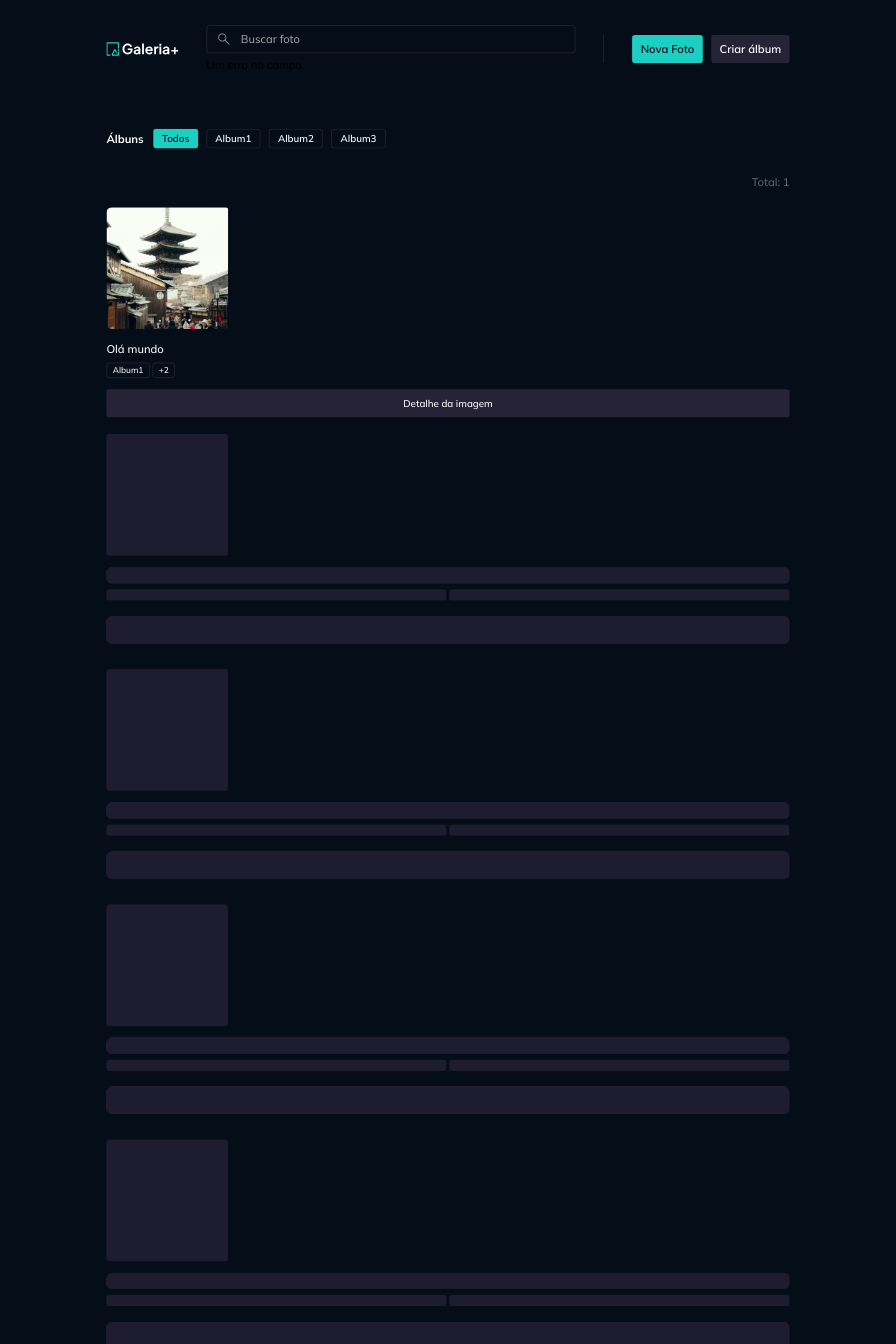
Repository: LuizMXavier/gallery-plus
Page: /
The author's editor kept a copy of each file at every save. The page is drawn from the files as they stood at one save, then again after a run of saves.
The browser window is 1280 px wide. The pictures show the part of the page from y = 0 to 1920 px (the page is 4083 px tall), at 70% of full size.
The project was rebuilt for these pictures with package versions that can differ from the ones it lists, and the page was loaded fresh each time. Also part of the build but not shown: vite.config.ts, src/components/button-icon.tsx, src/components/alert.tsx, src/components/input-checkbox.tsx, src/components/input-single-file.tsx, src/components/card.tsx, src/components/dialog.tsx, src/pages/pages-components.tsx and 1 more.

Above is the page before, as saved 2025-09-23 08:39:48.

### index.html
<!DOCTYPE html>
<html lang="en">
	<head>
		<meta charset="UTF-8" />
		<link rel="icon" type="image/svg+xml" href="/favicon.svg" />

		<meta name="viewport" content="width=device-width, initial-scale=1.0" />

		<link rel="preconnect" href="https://fonts.googleapis.com" />
		<link rel="preconnect" href="https://fonts.gstatic.com" crossorigin />
		<link
			href="https://fonts.googleapis.com/css2?family=Mulish:ital,wght@0,200..1000;1,200..1000&display=swap"
			rel="stylesheet"
		/>

		<title>Galeria+</title>
	</head>
	<body class="bg-background-primary">
		<div id="root"></div>
		<script type="module" src="/src/main.tsx"></script>
	</body>
</html>

### src/main.tsx
import "./index.css";

import {StrictMode} from "react";
import {createRoot} from "react-dom/client";
import App from "./App.tsx";

createRoot(document.getElementById("root")!).render(
	<StrictMode>
		<App />
	</StrictMode>
);

### src/index.css
@import "tailwindcss";
@import "tw-animate-css";

@theme {
	--color-*: initial;
	--color-white: #ffffff;
	--color-black: #000000;
	--color-background-primary: #040d18;
	--color-background-secondary: #262337;
	--color-background-tertiary: #3c3857;
	--color-border-primary: #2c2c35;
	--color-border-active: #4c4c5d;
	--color-accent-brand: #1ccfc3;
	--color-accent-brand-light: #66eae1;
	--color-accent-red: #f54a26;
	--color-heading: #fafcff;
	--color-accent-paragraph: #f1f7ff;
	--color-accent-span: #5c636c;
	--color-placeholder: #a9a9a9;
	--color-label: #ffffff;
	--color-label-inverse: #040d18;

	--font-sans: "Mulish", sans-serif;
}

### src/App.tsx
import {BrowserRouter, Route, Routes} from "react-router";
import PageComponents from "./pages/pages-components";
import LayoutMain from "./pages/layout-main";
import PageHome from "./pages/page-home";
import PagePhotoDetails from "./pages/page-photo-details";

export default function App() {
	return (
		<BrowserRouter>
			<Routes>
				<Route element={<LayoutMain/>}>
					<Route index element={<PageHome/>}/>
					<Route path="/fotos/:id" element={<PagePhotoDetails/>}/>
					<Route path="/componentes" element={<PageComponents/>}/>
				</Route>

			</Routes>
		</BrowserRouter>
	)
}

### src/pages/layout-main.tsx
import { Outlet } from "react-router";
import MainHeader from "../components/main-header";
import MainContent from "../components/main-content";

export default function LayoutMain() {
  return (
    <>
      <MainHeader className="mt-9" />
      <MainContent>
        <Outlet />
      </MainContent>
    </>
  );
}

### src/pages/page-home.tsx
import Container from "../components/container";
import AlbumsFilter from "../contexts/albums/components/albums-filter";
import PhotoList from "../contexts/photos/components/photos-list";

export default function PageHome() {
  return (
    <Container>
      <AlbumsFilter
        albums={[
          { id: "3421", title: "Album1" },
          { id: "123", title: "Album2" },
          { id: "456", title: "Album3" },
        ]}
        className="mb-9"
      />
      <div>
        <PhotoList
          photos={[
            {
              id: "123",
              title: "Olá mundo",
              imageId: "portrait-tower.png",
              albums: [
                { id: "3421", title: "Album1" },
                { id: "123", title: "Album2" },
                { id: "456", title: "Album3" },
              ],
            },
          ]}
        />
      </div>
    </Container>
  );
}

### src/components/button.tsx
import React from "react";
import Icon from "./icon";
import Text from "./text";
import {tv, type VariantProps} from "tailwind-variants";
import SpinnerIcon from "../assets/icons/spinner.svg?react";
import cx from "classnames";

export const buttonVariants = tv({
	base: "flex items-center justify-center cursor-pointer transition rounded group gap-1",
	variants: {
		variant: {
			primary: "bg-accent-brand hover:bg-accent-brand-light",
			secondary: "bg-background-secondary hover:bg-background-tertiary",
			destructive: "bg-background-secondary hover:bg-background-tertiary",
			ghost: `
					bg-transparent border border-solid border-border-primary
				text-accent-paragraph hover:border-background-secondary
				`,
		},
		size: {
			sm: "h-7 py-1 px-3",
			md: "h-10 py-2 pl-3 pr-3",
		},
		disabled: {
			true: "opacity-50 pointer-events-none",
		},
		handling: {
			true: "pointer-events-none",
		},
	},
	defaultVariants: {
		variant: "primary",
		size: "md",
		disabled: false,
		handling: false,
	},
});

export const buttonTextVariants = tv({
	variants: {
		variant: {
			primary: "text-label-inverse",
			secondary: "text-label",
			destructive: "text-accent-red",
			ghost: "text-accent-paragraph",
		},
		size: {
			sm: "text-sm",
			md: "text-base",
		},
	},
	defaultVariants: {
		variant: "primary",
		size: "md",
	},
});

export const buttonIconVariants = tv({
	variants: {
		variant: {
			primary: "fill-label-inverse",
			secondary: "fill-label",
			destructive: "fill-accent-red",
			ghost: "fill-accent-paragraph",
		},
		size: {
			sm: "w-4 h-4",
			md: "w-6 h-6",
		},
		handling: {
			true: "w-4 h-4",
		},
	},
	defaultVariants: {
		variant: "primary",
		size: "md",
	},
});

interface ButtonProps
	extends Omit<React.ComponentProps<"button">, "size" | "disabled">,
		VariantProps<typeof buttonVariants> {
	icon?: React.ComponentProps<typeof Icon>["svg"];
	handling?: boolean;
}

export default function Button({
	variant,
	size,
	disabled,
	className,
	children,
	handling,
	icon,
	type = "button",
	...props
}: ButtonProps) {
	return (
		<button
			type={type}
			className={buttonVariants({
				variant,
				size,
				disabled,
				handling,
				className: cx(
					{
						"pr-1": icon,
					},
					className
				),
			})}
			disabled={disabled as boolean}
			{...props}
		>
			<Text
				variant="label-medium"
				className={buttonTextVariants({variant, size})}
			>
				{children}
			</Text>
			{(icon || handling) && (
				<Icon
					svg={handling ? SpinnerIcon : icon!}
					animate={handling}
					className={buttonIconVariants({variant, size, handling})}
				/>
			)}
		</button>
	);
}

### src/components/badge.tsx
import React from "react";
import Text from "./text";
import {tv, type VariantProps} from "tailwind-variants";
import cx from "classnames";
import Skeleton from "./skeleton";

export const badgeVariants = tv({
	base: "inline-flex items-center justify-center rounded",
	variants: {
		variant: {
			none: "",
			ghost:
				"bg-transparent border border-solid border-border-primary text-accent-paragraph",
		},
		size: {
			xs: "py-0.5 px-2",
			sm: "py-1 px-3",
		},
	},
	defaultVariants: {
		variant: "ghost",
		size: "sm",
	},
});

export const badgeTextVariants = tv({
	base: "text-xs",
	variants: {
		size: {
			xs: "text-xs",
			sm: "text-sm",
		},
	},
});

export const badgeSkeletonVariants = tv({
	variants: {
		size: {
			xs: "w-12 h-[1.375rem]",
			sm: "w-16 h-[1.875rem]",
		},
	},
	defaultVariants: {
		size: "sm",
	},
});

interface BadgeProps
	extends React.ComponentProps<"div">,
		VariantProps<typeof badgeVariants> {
	loading?: boolean;
}

export default function Badge({
	variant,
	size,
	className,
	children,
	loading,
	...props
}: BadgeProps) {
	if (loading) {
		return (
			<Skeleton
				rounded="full"
				className={cx(
					badgeVariants({variant: "none"}),
					badgeSkeletonVariants({size}),
					className
				)}
			/>
		);
	}

	return (
		<div className={badgeVariants({variant, size, className})} {...props}>
			<Text className={badgeTextVariants({size})}>{children}</Text>
		</div>
	);
}

### src/components/text.tsx
import React from "react";
import {tv, type VariantProps} from "tailwind-variants";

export const textVariants = tv({
	base: "font-sans text-white",
	variants: {
		variant: {
			"heading-large": "text-2xl leading-[130%] font-bold",
			"heading-medium": "text-xl leading-[130%] font-bold",
			"heading-small": "text-base leading-[130%] font-bold",
			"paragraph-large": "text-base leading-[150%] font-medium",
			"paragraph-medium": "text-sm leading-[150%] font-medium",
			"paragraph-small": "text-xs leading-[150%] font-medium",
			"label-medium": "text-base leading-[150%] font-semibold",
			"label-small": "text-xs leading-[150%] font-semibold",
		},
	},
	defaultVariants: {
		variant: "paragraph-medium",
	},
});

interface TextProps extends VariantProps<typeof textVariants> {
	as?: keyof React.JSX.IntrinsicElements;
	className?: string;
	children?: React.ReactNode;
}

export default function Text({
	as = "span",
	variant,
	className,
	children,
	...props
}: TextProps) {
	return React.createElement(
		as,
		{
			className: textVariants({variant, className}),
			...props,
		},
		children
	);
}

### src/components/divider.tsx
import {tv, type VariantProps} from "tailwind-variants";

export const dividerVariants = tv({
	base: "w-full h-px ",
	variants: {
		variant: {
			default: "bg-border-primary",
		},
		orientation: {
			horizontal: "w-full h-px",
			vertical: "w-px h-full",
		},
	},
	defaultVariants: {
		variant: "default",
	},
});

interface DividerProps
	extends React.ComponentProps<"div">,
		VariantProps<typeof dividerVariants> {
	orientation?: "horizontal" | "vertical";
}

export default function Divider({
	className,
	orientation = "horizontal",
	...props
}: DividerProps) {
	return (
		<div className={dividerVariants({className, orientation})} {...props} />
	);
}

### src/components/input-text.tsx
import { tv, type VariantProps } from "tailwind-variants";
import Icon from "./icon";
import Text from "./text";
import { serialize } from "v8";

export const inputTextContainerVariants = tv({
    base: "flex flex-col gap-1"
})

export const inputTextWrapperVariants = tv({
    base:`
        border border-solid border-border-primary
        focus:border-border-active bg-transparent
        rounded flex items-center gap-3
    `,
    variants: {
        size: {
            md:"h-10 p-3"
        },
        disabled: {
            true:"pointer-events-none"
        }
    },
    defaultVariants: {
        size:"md",
        disabled: false
    }
});

export const inputTextVariants = tv({
    base: `
        bg-transparent outiline-none placeholder:text-placeholder
        text-accent-paragraph flex-1
    `
})

export const inputTextIconVariants = tv({
    base:"fill-placeholder",
    variants: {
        size: {
            md:"w-6 h-6"
        }
    },
    defaultVariants: {
        size:"md"
    }
})

interface InputTextProps
    extends VariantProps<typeof inputTextWrapperVariants>,
    Omit<React.ComponentProps<"input">,"size" | "disabled"> {
        icon?: React.ComponentProps<typeof Icon>['svg'],
        error?: React.ReactNode;
    }

export default function InputText({
    size,
    disabled,
    className,
    icon,
    error,
    ...props
}: InputTextProps) {
    return (
        <div className={inputTextContainerVariants(className)}>
            <div className={inputTextWrapperVariants({size, disabled})}>
                {icon && <Icon svg={icon} className={inputTextIconVariants({size})}/>}
                <input className={inputTextVariants()} disabled={disabled as boolean} {...props}/>
            </div>Um erro no campo
            {error && (
                <Text variant="label-small" className="text-accent-red">
                {error}
            </Text>
            )}
        </div>
    )
}

### src/components/image-preview.tsx
import { tv } from "tailwind-variants";
import React from "react";

export const imageFilePreviewVariants = tv({
    base:`
        rounded-lg overflow-hidden
    `
});

export const imageFilePreviewImageVariants = tv ({
    base: `w-full h-full object-cover `
})

interface ImageFilePreviewProps extends React.ComponentProps<"img"> {
    imageClassName?: string;
}

export default function ImageFilePreview({
    className,
    imageClassName,
    ...props
}: ImageFilePreviewProps) {
    return (
        <div className={imageFilePreviewVariants({className})}>
            <img className={imageFilePreviewImageVariants({className: imageClassName})} {...props} />
        </div>
    )
}

### src/components/main-header.tsx
import { Link } from "react-router";
import Container from "./container";
import Logo from "../assets/images/galeria-plus-full-logo.svg?react";
import cx from 'classnames';
import Button from "./button";
import PhotosSearch from "./photos-search";
import Divider from "./divider";


interface MainHeaderProps extends React.ComponentProps<typeof Container>{}

export default function MainHeader({className, ...props}: MainHeaderProps) {
    return (
        <Container
            as="header"
            className={cx("flex justify-between items-center gap-10", className)} {...props}
        >
            <Link to="/">
                <Logo className="h-5"/>
            </Link>

            <PhotosSearch/>
            <Divider orientation="vertical" className="h-10"/>

            <div className="flex items-center gap-3">
                <Button>Nova Foto</Button>
                <Button variant="secondary">Criar álbum</Button>
            </div>

        </Container>
    );
}

### src/components/main-content.tsx
import cx from "classnames";

interface MainContentProps extends React.ComponentProps<"main">{}

export default function MainContent({
    children,
    className,
    ...props
}: MainContentProps) {
    return (
        <main className={cx("mt-20 pb-20", className)} {...props}>
            {children}
        </main>
    )
}

### src/components/container.tsx
import {type VariantProps, tv} from "tailwind-variants";
import React from "react";

export const containerVariants = tv({
	base: "mx-auto",
	variants: {
		size: {
			md: "max-w-[62rem] px-2",
		},
	},
	defaultVariants: {
		size: "md",
	},
});

interface ContainerProps
	extends VariantProps<typeof containerVariants>,
		React.ComponentProps<"div"> {
	as?: keyof React.JSX.IntrinsicElements;
}

export default function Container({
	as = "div",
	children,
	className,
	...props
}: ContainerProps) {
	return React.createElement(
		as,
		{
			className: containerVariants({size: "md", className}),
			...props,
		},
		children
	);
}

### src/contexts/albums/components/albums-filter.tsx
import Button from "../../../components/button";
import Skeleton from "../../../components/skeleton";
import Text from "../../../components/text";
import type { Album } from "../models/album";
import cx from "classnames";

interface AlbumsFilterProps extends React.ComponentProps<"div"> {
  albums: Album[];
  loading?: boolean;
}

export default function AlbumsFilter({
  albums,
  loading,
  className,
  ...props
}: AlbumsFilterProps) {
  return (
    <div
      className={cx("flex items-center gap-3.5 overflow-x-auto", className)}
      {...props}
    >
      <Text variant="heading-small">Álbuns</Text>
      <div className="flex gap-3">
        {!loading ? (
            <>
                 <Button variant="primary" size="sm" className="cursor-pointer">
                    Todos
                </Button>
                { albums.map((album) => (
            <Button
              key={album.id}
              variant="ghost"
              size="sm"
              className="cursor-pointer"
            >
              {album.title}
            </Button>
          ))}
            </>
        ): (
            Array.from({length: 5}).map((_,index) =>
            <Skeleton className="w-28 h-7" key={`album-button-loading-${index}`}/>
            )
        )}

      </div>
    </div>
  );
}

### src/contexts/photos/components/photos-list.tsx
import type { Photo } from "../models/photo";
import PhotoWidget from "./photo-widget";
import Text from "../../../components/text";
import Skeleton from "../../../components/skeleton";

interface PhotosListProps {
  photos: Photo[];
  loading?: boolean;
}

export default function PhotoList({ photos, loading }: PhotosListProps) {
  return (
    <div className="space-y-6">
        <Text
            as="div"
            variant="paragraph-large"
            className="flex items-center justify-end gap-1 text-accent-span"
        >
            Total:{" "}
            {!loading ? (
                <div>{photos.length}</div>
            ): (
                <Skeleton className="w-6 h-6"/>
            )}

        </Text>
      {!loading && photos?.length > 0 && (
        <div className="grid grid-colds-5 gap-9">
          {photos.map((photo) => (
            <PhotoWidget photo={photo} key={photo.id} />
          ))}
        </div>
      )}
      {!loading && (
        <div className="grid grid-colds-5 gap-9">
          {Array.from({ length: 10 }).map((_, index) => (
            <PhotoWidget
              key={`photo-loading-${index}`}
              photo={{} as Photo}
              loading
            />
          ))}
          ;
        </div>
      )}

      {!loading && photos.length === 0 && (
        <div className="flex justify-center items-center h-full">
          <Text variant="paragraph-large">Nenhuma foto encontrada</Text>
        </div>
      )}
    </div>
  );
}

### src/components/icon.tsx
import React from "react";
import {tv, type VariantProps} from "tailwind-variants";

export const iconVariants = tv({
	variants: {
		animate: {
			false: "",
			true: "animate-spin",
		},
	},
	defaultVariants: {
		animate: false,
	},
});

interface IconProps
	extends React.ComponentProps<"svg">,
		VariantProps<typeof iconVariants> {
	svg: React.FC<React.ComponentProps<"svg">>;
}

export default function Icon({
	svg: SvgComponent,
	animate,
	className,
	...props
}: IconProps) {
	return (
		<SvgComponent className={iconVariants({animate, className})} {...props} />
	);
}

### src/components/skeleton.tsx
import {tv, type VariantProps} from "tailwind-variants";
import React from "react";

export const skeletonVariants = tv({
	base: "animate-pulse bg-background-secondary pointer-events-none",
	variants: {
		rounded: {
			sm: "rounded-sm",
			lg: "rounded-lg",
			full: "rounded-full",
		},
	},
	defaultVariants: {
		rounded: "lg",
	},
});

interface SkeletonProps
	extends VariantProps<typeof skeletonVariants>,
		React.ComponentProps<"div"> {}

export default function Skeleton({
	rounded,
	className,
	...props
}: SkeletonProps) {
	return <div className={skeletonVariants({rounded, className})} {...props} />;
}

### src/components/photos-search.tsx
import InputText from "./input-text";
import SearchIcon from "../assets/icons/search.svg?react";
import React from "react";
import { debounce } from "../helpers/utils";

export default function PhotosSearch() {
    const [inputValue, setInputValue] = React.useState("");

    const debouncedSetValue = React.useCallback(
        debounce((value: string) => {
            console.log("Valor com debounce", value);
        },200),[]
    )

    function handleInputChange(e: React.ChangeEvent<HTMLInputElement>) {
        const value = e.target.value;


        setInputValue(value);
        debouncedSetValue(value);
    }
  return (
    <div className="relative flex-grow">
      <InputText icon={SearchIcon} placeholder="Buscar foto" value={inputValue} onChange={handleInputChange} />
    </div>
  );
}

### src/contexts/photos/components/photo-widget.tsx
import ImageFilePreview from "../../../components/image-preview";
import type { Photo } from "../models/photo";
import Skeleton from "../../../components/skeleton";
import Text from "../../../components/text";
import Badge from "../../../components/badge";
import { Link } from "react-router";
import { buttonTextVariants, buttonVariants } from "../../../components/button";
interface PhotoWidgetProps {
    photo: Photo;
    loading?: boolean;
}

export default function PhotoWidget({photo, loading}: PhotoWidgetProps) {
    return (
        <div className="flex flex-col gap-4">
            {!loading ? (
                <ImageFilePreview
                    src={`/images/${photo.imageId}`}
                    title={photo.title}
                    imageClassName="w-[10.8725rem] h-[10.8725rem] rounded lg"/>

            ): (
                <Skeleton className="w-[10.8725rem] h-[10.8725rem] rounded lg"/>
            )}

            <div className="flex flex-col gap-2">
                {!loading ? (
                    <Text variant="paragraph-large" className="truncate">
                        {photo.title}
                    </Text>
                ): (
                    <Skeleton className="w-full h-6"/>
                )}

                <div className="flex gap-1 min-h-[1.375rem]">
                    {!loading ? (
                        <>
                            {photo.albums.slice(0,1).map(album => (
                                <Badge className="truncate" size="xs" key={album.id}>
                                    {album.title}
                                </Badge>
                            ))}
                            {photo.albums.length > 1 && <Badge size="xs">
                                +{photo.albums.length - 1}
                                </Badge>}
                        </>
                    ): (
                        Array.from({length: 2}).map((_,index) => (
                            <Skeleton
                            key={`album-loading-${index}`}
                            className="w-full h-4 rounded-sm"
                            />
                        ))
                    )}

                </div>
            </div>
            {!loading ? (
                <Link
                  to={`/fotos/${photo.id}`}
                  className={buttonVariants({
                    variant:"secondary",
                    className:"px-2 py-2",
                  })}
                >
                    <Text className={buttonTextVariants({variant:"secondary",size:"sm"})}>
                        Detalhe da imagem
                    </Text>
                </Link>
            ): (
                <Skeleton className="w-full h-10"/>
            )}
        </div>
    )
}

### src/helpers/utils.ts

export function debounce<T extends (...args: any[]) => any>(
    func: T,
    wait: number
) {
    let timeout: ReturnType<typeof setTimeout> | null = null;

    return function (...args: Parameters<T>): void {
        const later = () => {
            timeout = null;
            func(...args);
        };

        if(timeout !== null) {
            clearTimeout(timeout);
        }

        timeout = setTimeout(later, wait);
    }
}

After the next 7 saves:
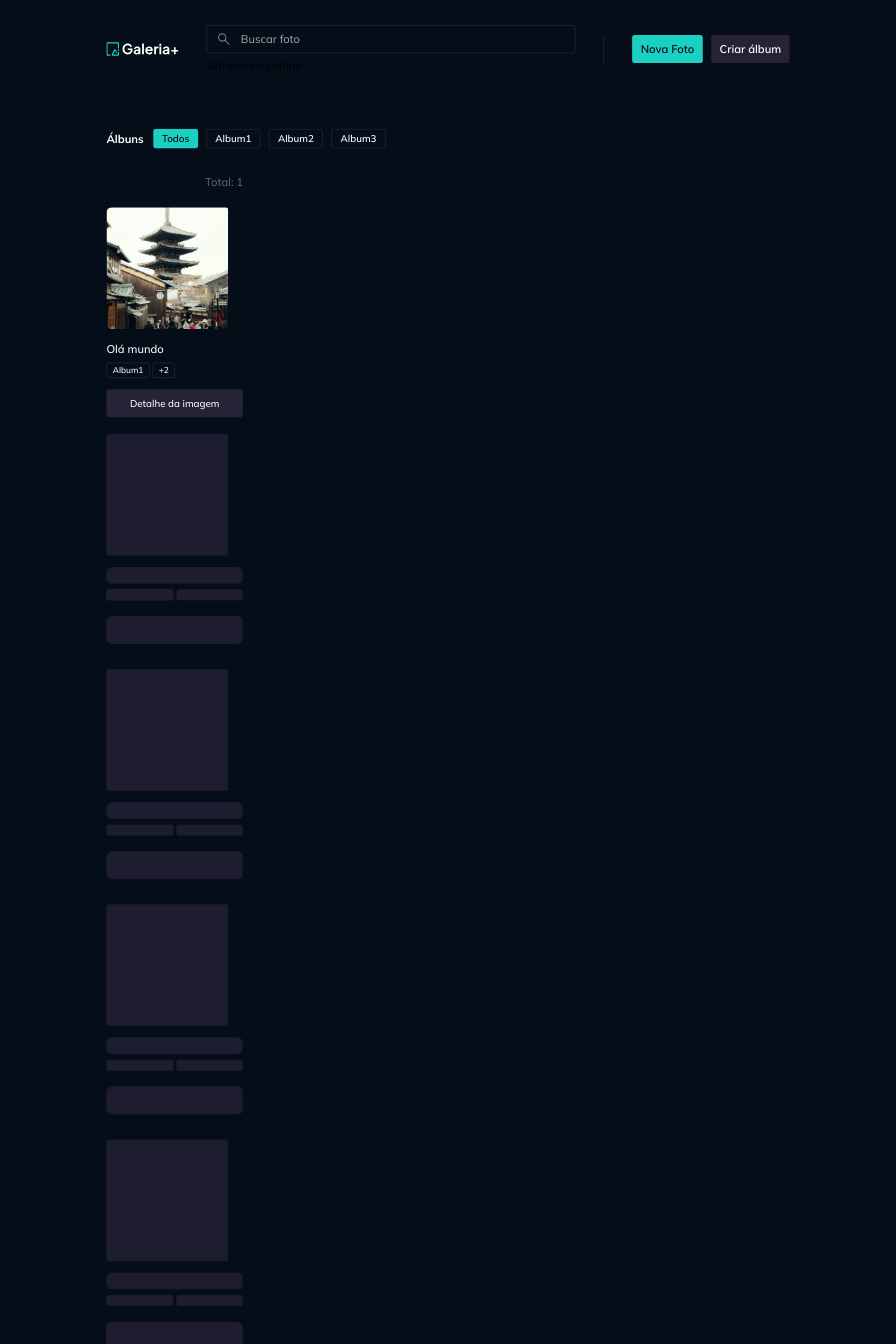
The 7 saves are shown as one change because they came seconds apart.
The last was saved 18 s later.
--- a/src/pages/page-home.tsx
+++ b/src/pages/page-home.tsx
@@ -13,7 +13,7 @@ export default function PageHome() {
         ]}
         className="mb-9"
       />
-      <div>
+      <div className="grid grid-cols-5">
         <PhotoList
           photos={[
             {
